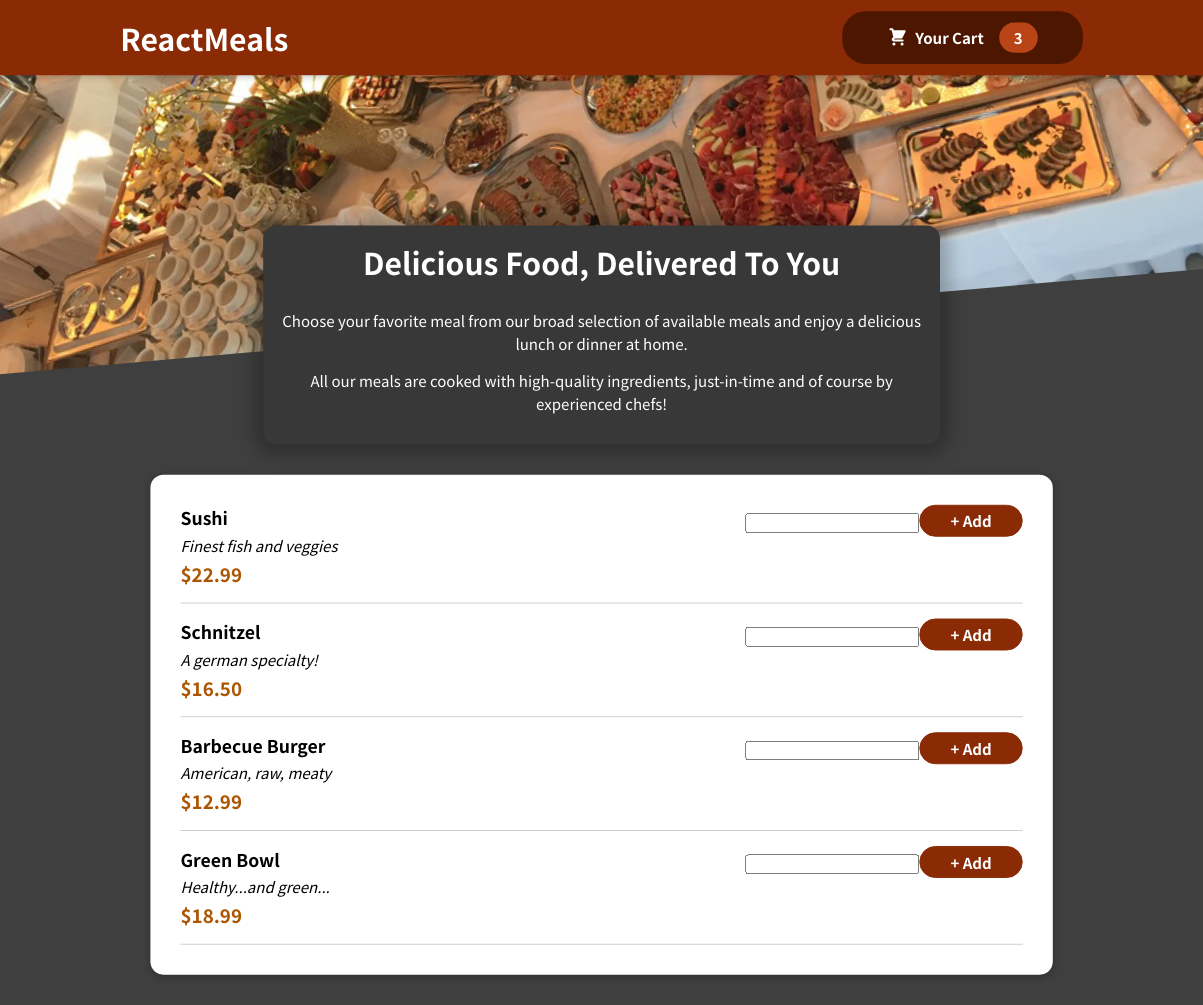
Repository: m-ahmadshaikh/React-Food-Ordering-App
Page: /
An editor plug-in stored every save of this project. The page is shown before and after the next save, followed by the edit.
The browser window is 1280 px wide. The pictures show the whole page, at 94% of full size.
The project was rebuilt for these pictures with package versions that can differ from the ones it lists, and the page was loaded fresh each time.

Above is the page before, as saved 2022-09-08 16:53:39.

### src/App.js
import { Fragment } from 'react';
import Header from './components/Layout/Header';
import Meals from './components/Meals/Meals';

function App() {
  return (
    <Fragment>
      <Header />
      <Meals />
    </Fragment>
  );
}

export default App;

### src/components/Layout/Header.js
import React from 'react';
import styles from './Header.module.css';
import mealsImage from '../../assets/meals.jpeg';
import HeaderCartButton from './HeaderCartButton';
export default function Header() {
  return (
    <React.Fragment>
      <header className={styles.header}>
        <h1>ReactMeals</h1>
        <HeaderCartButton />
      </header>
      <div className={styles['main-image']}>
        <img src={mealsImage} alt="A table full of delicious foods." />
      </div>
    </React.Fragment>
  );
}

### src/components/Meals/Meals.js
import React, { Fragment } from 'react';
import AvailableMeals from './AvailableMeals';
import MealsSummary from './MealsSummary';

export default function Meals() {
  return (
    <Fragment>
      <MealsSummary />
      <AvailableMeals />
    </Fragment>
  );
}

### src/components/Layout/HeaderCartButton.js
import React from 'react';
import CartIcon from '../Cart/CartIcon';
import classes from './HeaderCartButton.module.css';
export default function HeaderCartButton() {
  return (
    <button className={classes.button}>
      <span className={classes.icon}>
        <CartIcon />
      </span>
      <span>Your Cart</span>
      <span className={classes.badge}>3</span>
    </button>
  );
}

### src/components/Meals/AvailableMeals.js
import React from 'react';
import Card from '../UI/Card';
import classes from './AvailableMeals.module.css';
import MealItem from './MealItem';
const DUMMY_MEALS = [
  {
    id: 'm1',
    name: 'Sushi',
    description: 'Finest fish and veggies',
    price: 22.99,
  },
  {
    id: 'm2',
    name: 'Schnitzel',
    description: 'A german specialty!',
    price: 16.5,
  },
  {
    id: 'm3',
    name: 'Barbecue Burger',
    description: 'American, raw, meaty',
    price: 12.99,
  },
  {
    id: 'm4',
    name: 'Green Bowl',
    description: 'Healthy...and green...',
    price: 18.99,
  },
];
export default function AvailableMeals() {
  const mealsList = DUMMY_MEALS.map((meal) => (
    <MealItem
      key={meal.id}
      name={meal.name}
      description={meal.description}
      price={meal.price}
    />
  ));
  return (
    <section className={classes.meals}>
      <Card>
        <ul>{mealsList}</ul>
      </Card>
    </section>
  );
}

### src/components/Cart/CartIcon.js
import React from 'react';

export default function CartIcon() {
  return (
    <svg
      xmlns="http://www.w3.org/2000/svg"
      viewBox="0 0 20 20"
      fill="currentColor">
      <path d="M3 1a1 1 0 000 2h1.22l.305 1.222a.997.997 0 00.01.042l1.358 5.43-.893.892C3.74 11.846 4.632 14 6.414 14H15a1 1 0 000-2H6.414l1-1H14a1 1 0 00.894-.553l3-6A1 1 0 0017 3H6.28l-.31-1.243A1 1 0 005 1H3zM16 16.5a1.5 1.5 0 11-3 0 1.5 1.5 0 013 0zM6.5 18a1.5 1.5 0 100-3 1.5 1.5 0 000 3z" />
    </svg>
  );
}

### src/components/Layout/HeaderCartButton.module.css
.button {
    cursor: pointer;
    font: inherit;
    border: none;
    background-color: #4d1601;
    color: white;
    padding: 0.75rem 3rem;
    display: flex;
    justify-content: space-around;
    align-items: center;
    border-radius: 25px;
    font-weight: bold;
}

.button:hover,
.button:active {
    background-color: #2c0d00;
}

.icon {
    width: 1.35rem;
    height: 1.35rem;
    margin-right: 0.5rem;
}

.badge {
    background-color: #b94517;
    padding: 0.25rem 1rem;
    border-radius: 25px;
    margin-left: 1rem;
    font-weight: bold;
}

.button:hover .badge,
.button:active .badge {
    background-color: #92320c;
}

.bump {
    animation: bump 300ms ease-out;
}

@keyframes bump {
    0% {
        transform: scale(1);
    }

    10% {
        transform: scale(0.9);
    }

    30% {
        transform: scale(1.1);
    }

    50% {
        transform: scale(1.15);
    }

    100% {
        transform: scale(1);
    }
}

### src/components/UI/Card.js
import React from 'react';
import styles from './Card.module.css';
export default function Card(props) {
  const classNames = `${styles.card} ${props.className}`;
  return <div className={classNames}>{props.children}</div>;
}

### src/components/Meals/MealItem.js
import React from 'react';
import classes from './MealItem.module.css';
import MealItemForm from './MealItemForm';
export default function MealItem(props) {
  const price = `$${props.price.toFixed(2)}`;
  return (
    <li className={classes.meal}>
      <div>
        <h3>{props.name}</h3>
        <div className={classes.description}>{props.description}</div>
        <div className={classes.price}>{price}</div>
      </div>
      <div>
        <MealItemForm />
      </div>
    </li>
  );
}

### src/components/Meals/MealItemForm.js
import React from 'react';
import classes from './MealItemForm.module.css';
export default function MealItemForm() {
  return (
    <form className={classes.form}>
      <input />
      <button>+ Add</button>
    </form>
  );
}

### src/components/UI/Input.js
import React from 'react';
import classes from './Input.module.css';
export default function Input(props) {
  return (
    <div className={classes.input}>
      <label htmlFor={props.input.id}>{props.label}</label>
      <input {...props.input} />
    </div>
  );
}

Loaded but not shown: public/index.html (common file); src/index.js (common file); src/index.css (common file); src/components/Layout/Header.module.css (common file); src/components/Meals/MealsSummary.js (common file); src/components/Meals/AvailableMeals.module.css (common file); src/components/Meals/MealsSummary.module.css (common file); src/components/UI/Card.module.css (common file); src/components/Meals/MealItem.module.css (common file); src/components/Meals/MealItemForm.module.css (common file); src/components/UI/Input.module.css (common file)

After the next save:
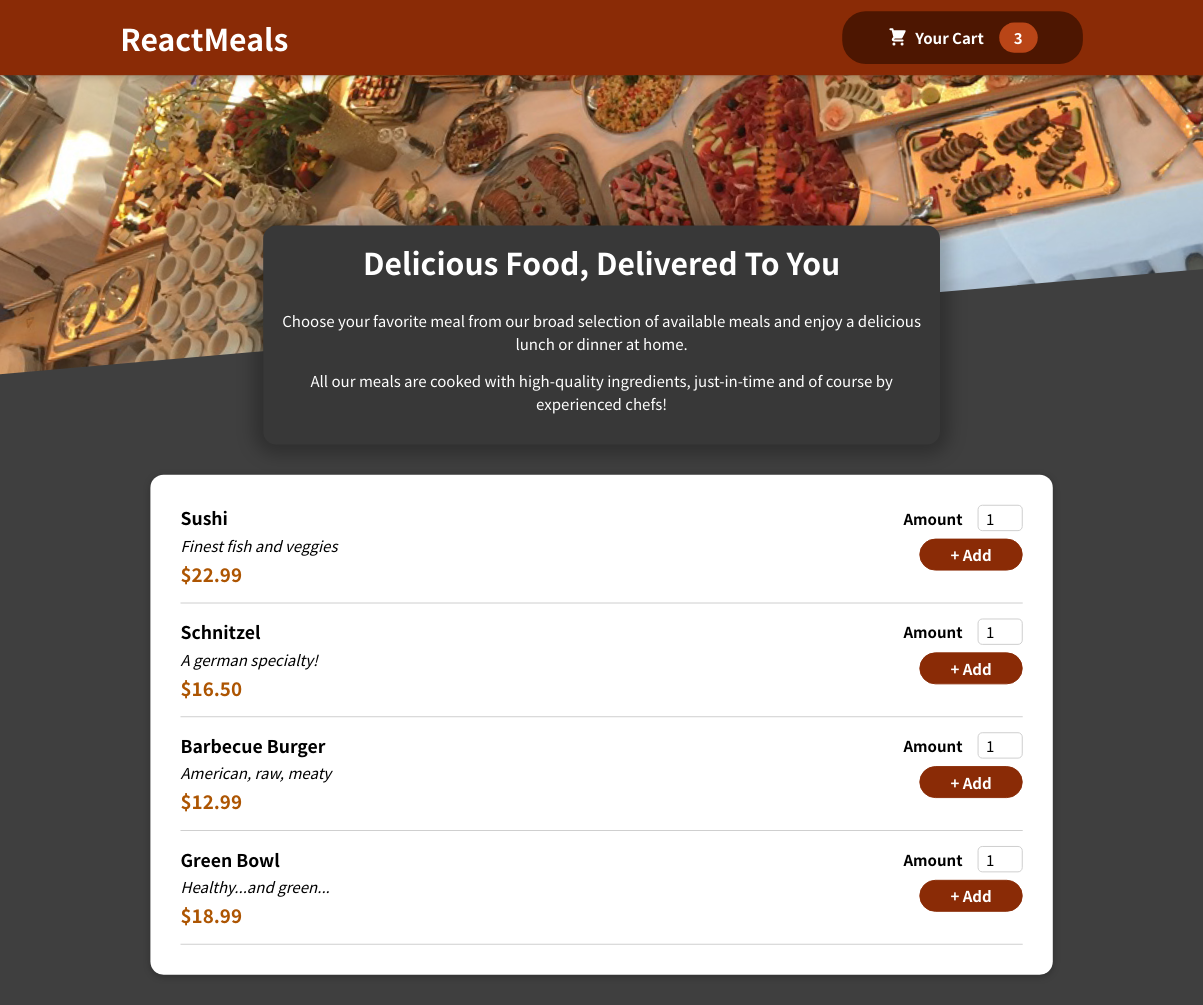
Saved 2 min 5 s later.
--- a/src/components/Meals/MealItemForm.js
+++ b/src/components/Meals/MealItemForm.js
@@ -1,9 +1,20 @@
 import React from 'react';
+import Input from '../UI/Input';
 import classes from './MealItemForm.module.css';
 export default function MealItemForm() {
   return (
     <form className={classes.form}>
-      <input />
+      <Input
+        label="Amount"
+        input={{
+          id: 'amount',
+          type: 'number',
+          min: '1',
+          max: '5',
+          step: '1',
+          defaultValue: '1',
+        }}
+      />
       <button>+ Add</button>
     </form>
   );
